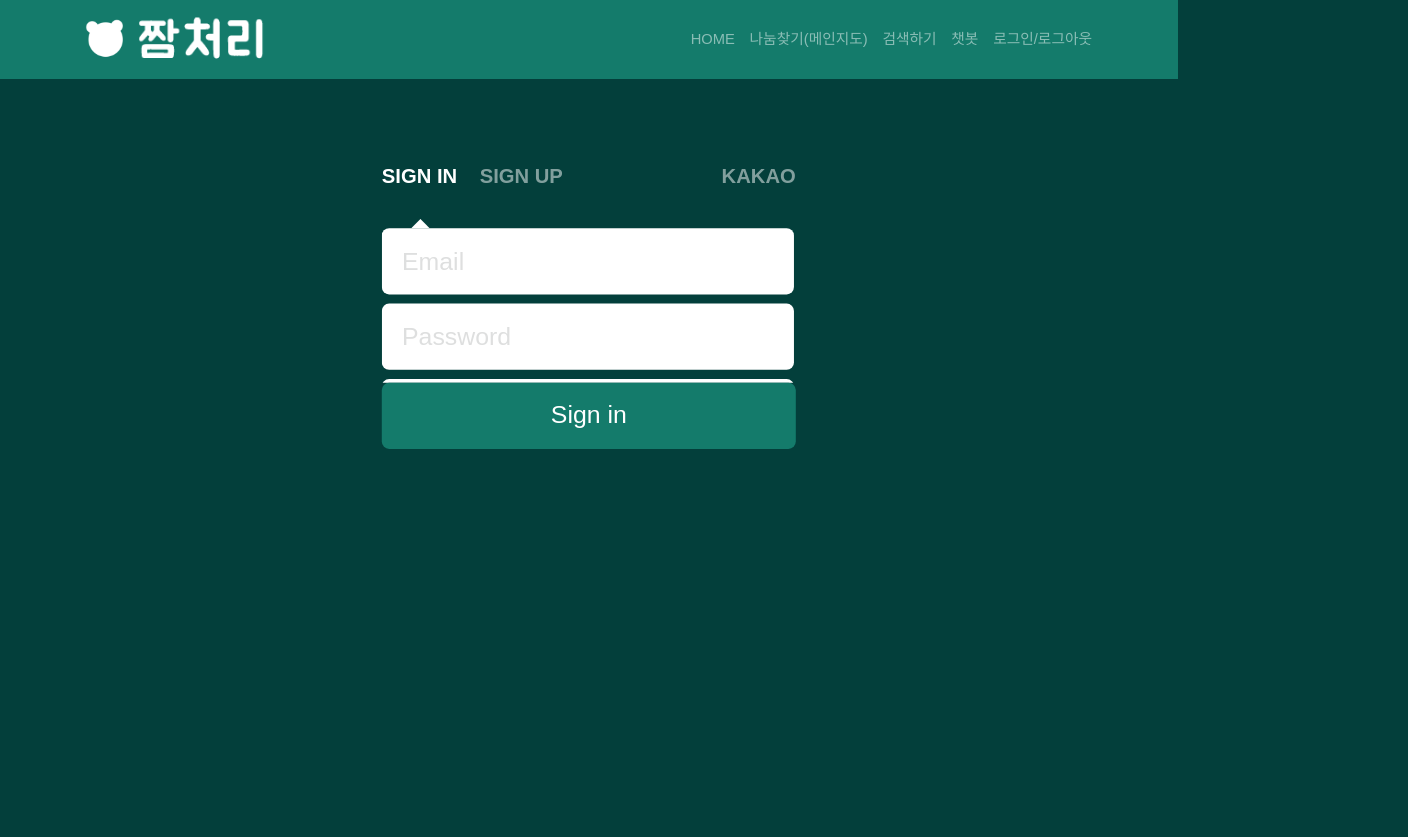
Repository: navang/JJAM_project
Page: http://localhost/jjam/WEB-INF/views/customerLogin.jsp
An editor plug-in stored every save of this project. The page is shown before and after the next save, followed by the edit.
The browser window is 1280 px wide. The page is 1530 px wide, so the pictures cover 1530 px, including what lies to the right of the window. The pictures show the whole page, at 92% of full size.
Some web fonts or font styles are not loaded; a fallback is used. Some web libraries are served in a nearby version. The page is served by Tomcat 9. Nobody is signed in. Other server files are loaded and not shown. The template is opened directly, without the code that normally fills it, so the values that code supplies are empty.

Above is the page before, as saved 2019-07-15 07:44:46.

### jjam/src/main/webapp/WEB-INF/views/customerLogin.jsp
<%@ page language="java" contentType="text/html; charset=UTF-8"
    pageEncoding="UTF-8"%>
<!DOCTYPE html>
<html>
<head>
<meta charset="UTF-8">
<meta name="viewport" content="width=device-width, initial-scale=1.0">
    <meta http-equiv="X-UA-Compatible" content="ie=edge">

    <link rel="stylesheet" href="https://stackpath.bootstrapcdn.com/bootstrap/4.3.1/css/bootstrap.min.css"
        integrity="sha384-ggOyR0iXCbMQv3Xipma34MD+dH/1fQ784/j6cY/iJTQUOhcWr7x9JvoRxT2MZw1T" crossorigin="anonymous">
    <script src="https://code.jquery.com/jquery-3.3.1.slim.min.js"
        integrity="sha384-q8i/X+965DzO0rT7abK41JStQIAqVgRVzpbzo5smXKp4YfRvH+8abtTE1Pi6jizo"
        crossorigin="anonymous"></script>
    <script src="https://cdnjs.cloudflare.com/ajax/libs/popper.js/1.14.7/umd/popper.min.js"
        integrity="sha384-UO2eT0CpHqdSJQ6hJty5KVphtPhzWj9WO1clHTMGa3JDZwrnQq4sF86dIHNDz0W1"
        crossorigin="anonymous"></script>
    <script src="https://stackpath.bootstrapcdn.com/bootstrap/4.3.1/js/bootstrap.min.js"
        integrity="sha384-JjSmVgyd0p3pXB1rRibZUAYoIIy6OrQ6VrjIEaFf/nJGzIxFDsf4x0xIM+B07jRM"
        crossorigin="anonymous"></script>
    <!-- https://getbootstrap.com/docs/4.3/getting-started/introduction/ 부트스트랩에서 가져옴-->



    <link rel="stylesheet" href="./resources/style/main.css">
    <link rel="stylesheet" href="./resources/style/login.css">

    <script src="https://kit.fontawesome.com/825d367943.js"></script>
<title>Insert title here</title>
<script>
  $(function(){
      $('div form').hover(function(){
  $(this).toggleClass('active');
  if ($(this).hasClass('active')) {
    $('body').css({ "background":'#37415a', "transition":'all 0.65s ease-in-out'});
    //$('body').css({ "background":'linear-gradient(135deg, #033f3b 0%, #8310b1b7 100%)', "transition":'all 5s ease-in-out'});
   $('#logo').css({"transform":'rotate(90deg)', "transition":'all 1s ease-in-out'});
  } else {
    $('#logo').css({"transform":'rotate(0deg)', "transition":'all 1s ease-in-out'});
    $('body').css({ "background":'#033f3b', "transition":'all 0.65s ease-in-out'});
  }
});
  })

    </script>
</head>
<body>

<body>
    <!-- ---------------------------------상단 고정 메뉴바--------------------------------------------->
    <h1 class="seperator"></h1>
    <nav id="top_navcolor" class="navbar fixed-top navbar navbar-expand-xl navbar-dark">
        <!-- fixed-top 상단고정-->
        <div class="container">
            <!-- 브랜드 로고 삽입-->
            <a href="jjam_3_form.jsp" class="navbar-brand">
                <img id="logo" class="" style="width: 60px; height: 60px;" src="./resources/image/character.png" alt=""><img src="./resources/image/JJCR_white1.png">
            </a>
            <!-- 햄버거 버튼-->
            <button class="navbar-toggler" data-toggle="collapse" data-target="#myNav">
                <span class="navbar-toggler-icon"></span>
            </button>
            <!-- 네비게이션 버튼 -->
            <div id="myNav" class="collapse navbar-collapse justify-content-end">
                <ul class="navbar-nav">
                    <li class="nav-item"><a href="" class="nav-link">HOME</a></li>
                    <li class="nav-item"><a href="" class="nav-link">나눔찾기(메인지도)</a></li>
                    <li class="nav-item"><a href="" class="nav-link">검색하기</a></li>
                    <li class="nav-item"><a href="" class="nav-link">챗봇</a></li>
                    <li class="nav-item"><a href="" class="nav-link">로그인/로그아웃</a>

                    </li>
                </ul>
            </div>
        </div>
    </nav>




     <!--------------------------------------본문 ------------------------------------------------------>

     <div class="login">
            <!--전체화면 분할-->
            <div class=""></div> <!-- 상단 navbar로 인한 공백-->
            <div class=""></div> <!-- 상단 navbar로 인한 공백-->
            <div class=""></div> <!-- 상단 navbar로 인한 공백-->

            <div class=""></div> <!-- 공백-->


            <form method="post" action="insertCustomer.do">
                    <input checked="true" id="signin" name="action" type="radio" value="signin"></input>
                    <label for="signin">Sign in</label>

                    <input id="signup" name="action" type="radio" value="signup"></input>
                    <label for="signup">Sign up</label>

                    <input id="reset" name="action" type="radio" value="reset"></input>
                    <label for="reset">kakao</label>

                    <div id="wrapper">
                      <div id="arrow"></div>
                      <input id="c_id"  name="c_id" placeholder="Email" type="text"></input>
                      <input id="c_pw"  name="c_pw"  placeholder="Password" type="password"></input>
                      <input id="c_name"  name="c_name" placeholder="Name" type="text"></input>
                      <input id="c_tel"  name="c_tel"  placeholder="Tel_Number" type="text"></input>

                    </div>
                    <!---- SUBMIT BUTTON ----->
                    <button type="submit">
                      <span>
                        KAKAO LOGIN<br/>
                        Sign in<br/>
                       	Sign up
                      </span>
                    </button>
                  </form>


            </div> <!-- 상단 navbar로 인한 공백-->


            <div></div><!-- 그리드 왼쪽 공백-->

</div>



</body>
</html>

### jjam/src/main/webapp/resources/style/main.css
@charset "utf-8";

@font-face {
    font-family: NanumSquareR;
    src: url(../font/NanumSquareR.woff) format('woff');
}

@font-face {
    font-family: NanumSquareL;
    src: url(../font/NanumSquareL.woff) format('woff');
}

@font-face {
    font-family: NanumSquareB;
    src: url(../font/NanumSquareB.woff) format('woff');
}





/* background*/


h1, h2, h3, h5, p {
    font-family: NanumSquareR, sans-serif;
    font-weight: 500;
    color: white;
}
h4{
    font-family: NanumSquareR, sans-serif;
    font-weight: 500;
    color: black;
}

h1, h2, h3 {
    margin-top: 10px;
    margin-bottom: 10px;
    font-weight: 700;
}

body{
  	font-family:BMJUA;
    background: #033f3b;
}
#logo{
	width: 60px; height: 60px;
}
#jcr{
	margin-left: 60px; position:fixed;
}
#top_navbar {
    background: rgba(0,0,0,0.7);
}
#top_navcolor {
    background-color: #147b6b;
}

#top_navbar-nav > li > a {
    padding-top: 20px;
    padding-bottom: 20px;
}

.separator {
    background: #59e;
    margin-top: 80px;
    padding: 21px;
    text-align: center;
    color: #fff;
}

.red {
    background: #fcc;
    border: #eaa solid 4px;
}

/* .yellow { */
/*     background: #f6f6c0; */
/*     border: #dd7 solid 4px; */
/* } */


.green {
    font:white;
    background: #147b6b;

}

.bluegreen {
    background: #aee;
    border: #8dd solid 4px;
}
<<<<<<< HEAD


/* .blue { */
=======
/* .blue { */
/*     background: #bcf; */
/*     border: #9ae solid 4px; */
/* } */

>>>>>>> 7f7c7283d27dcf0b9cae4bf84bee2c912e11a8f9
.blue {
    background: #bcf;
    border: #9ae solid 4px;
}
/*1_ intro*/
.intro_form{
    display: grid;
     grid-template-columns: 100%;
<<<<<<< HEAD
    grid-template-rows: 30px 850px 850px ;
=======
    grid-template-rows: 30px 850px 300px ;
>>>>>>> 7f7c7283d27dcf0b9cae4bf84bee2c912e11a8f9
}
.intro-main{
  position: absolute;
  top: 15%;
  left: 20%;
  transform: translate(-20%, -20%);
  width: 80%;

}
.intro-desc{
	display:grid;
	 grid-template-columns: 15% 70% 15%;
    grid-template-rows:  250px 80px ;
}

/*  풀어주기   */
.map-custom{
	width:100%;
	height:700px;
	position:relative;
	overflow:hidden;
	border-radius:30px;
}


.bigfont{
	font-size: 700px;
    text-align: center;

    font-family: NanumSquareL;
    src: url(../font/NanumSquareL.woff) format('woff');

}


.white-text {
    color: white;
}

.row{
     display : grid;
     grid-template-columns: 100%;
     grid-template-rows: 70px 850px 100px ;
}
.mypage{
	display: grid;
	  grid-template-columns: 20% 60% 20%;
     grid-template-rows: 400px 1400px ;
}
.mypage-columns{
	display:grid;
	  grid-template-columns: 30% 70%;
 	text-align: center;

}
.mypage-rows{
	display:grid;
	  grid-template-rows: 30% 70%;


}
/* 햄버거*/
.ham{
	width:100px;
}

/* 2_search 페이지 */
.search{
    display : grid;
    grid-template-columns: 25% 50% 25%;
    grid-template-rows: 100px 300px 40px 50px 20px;
}
.search-grid {

    display : grid;
    text-align: center;
    grid-template-columns: 20% 20% 20% 20% 20%;
    grid-template-rows: 100px 100px 100px 100px 100px;
}
/* 3 form*/
/* 전체화면 분할*/
.modal-form{
    display : grid;
    grid-template-columns: 15% 70% 15%;
    grid-template-rows: 60px 780px  50px;

}
/* 가운데화면 분할*/
.modal-form-grid{
    display : grid;
    grid-template-columns: 60% 40%;
    grid-template-rows: 60px  700px 70px;

}
/* */
.modal-inner-grid{
    display : grid;
    grid-template-columns: 50% 50%;

}

.modal-size{
    position: absolute;


}
/* modal fullsize*/
.modal-dialog.modal-fullsize {
    width: 150%; height: 100%; margin: 0; padding: 0;
}
.modal-content.modal-fullsize {
    height: auto;
    min-height: 100%;
    border-radius: 0;
  }
.btn-create{
	text-decoration:none;
	width:100%;
	height:40px;
	font-size:20px;
	border-radius:30px;
	background:#147b6b;
	color:white;
	box-shadow: 0px 3px 0px black;
	border: 2px solid white;
}
.btn-create:hover .btn-create:focus, btn-create:active {
	background:#073d35;

}

/* info modal img*/
.img-chatmodal{
    width:1900px;
    height: 950px;
    background-image:url('../image/chatbot_modal.png');
}

/*게시물 리스트*/
.form-list {
    display: grid;
    grid-template-columns:3% 20% 3% 74%;
    padding: 10px;
}


/* 5*5 그리드 */
#grid{
    display: grid;
    text-align: center;
    grid-template-columns:150px 150px 150px 150px 150px 150px;
}
/* 메인 1 페이지  */
.wrapper {
    display: grid;
    grid-template-columns: 5% 55% 40% ;
    grid-template-rows: 100px 7px 100px 30px 100px 100px 30px 100px 100px;
}

/* 4 login form*/
.login{
    display : grid;
    grid-template-columns: 30% 800px 27%;
    grid-template-rows: 100px 800px ;
}
.login-set{
    color : #1f0a01;
    background-color: white;
    border-radius: 15px;
    display:grid;
    grid-template-rows: 80px 380px 300px 40px;
    text-align: center;

}
.login-set.login-form{
    display: grid;
    grid-template-columns:240px 320px 240px;
    grid-template-rows: 100px 100px 100px ;

}
.design-border{
    border: silver solid 2px;
}

/* 7_result*/
.result-form{
    display: grid;
     grid-template-columns: 15% 70% 15%;
    grid-template-rows: 200px 300px 300px ;
}
.result-form-item{
	display:grid;
	  text-align:center;
	  grid-template-columns:100%;

}
.result-form-item-line{
	 background:white;
 	text-align:center;
	  border-radius: 50px;
	  width:73%;
	  height:3px;
	  margin-left:180px;

}
.result-button{
	width:100px;
	height:40px;
	border-radius:30px;
	background:white;

}
/* footer*/
.footer {
    left: 0;
    bottom: 0;
    width: 100%;
	padding: 20px 0;
	text-align: center;
	color: white;
	background:  black;
}
.card {
  height: 30%;
}
.card-columns {
    @include media-breakpoint-only(lg) {
      column-count: 4;
    }
    @include media-breakpoint-only(xl) {
      column-count: 5;
    }
  }
@media(max-width:375px){
#logo{
	width: 30px; height: 30px; position:fixed;
}
#jcr{
	margin-left: 35px; position:fixed; height: 30px;
}
    .search{
        display : grid;
        grid-template-columns: 0px 100% 0px;
        grid-template-rows: 100px 600px 30px 30px 20px ;
    }
      /* 5*5 그리드 */
    #grid{
    display: grid;
    text-align: center;
    grid-template-columns:160px 160px 160px;
}

    .wrapper {
    display: grid;
    grid-template-columns: 5% 90% 5% ;
    grid-template-rows: 100px 60px 30% 30px 70px 100px 100px 100px 10px;
    }
    .search-grid {

        display : grid;
        text-align: center;
        grid-template-columns: 25% 25% 25% 25%;
        grid-template-rows: 50px  50px  50px 50px  50px  50px;
    }


    .mypage{
	display: grid;
	  grid-template-columns: 100%;
     grid-template-rows: 0px  0px   170px  0px   500px;
}
.mypage-columns{
	display:grid;
	 grid-template-columns: 100%;
		  grid-template-rows: 400px 50%;

}
.mypage-rows{
	display:grid;

		  grid-template-template: 100%;
		   grid-template-rows: 60% 40%;
}
.mypage-menu{
	display:grid;

		  grid-template-rows: 25% 25% 25% 25%;
}


    /*챗 모달 사용설명서*/
    .img-chatmodal{
        width:640px;
        height: 950px;
        background-image:url('../image/chatbot_modal_mobile.png');

    }
    /* modal fullsize*/
    .modal-dialog.modal-fullsize {
    width: 100%; height: 100%; margin: 0; padding: 0;
    }
    .modal-content.modal-fullsize {
    height: auto;
    min-height: 100%;
    border-radius: 0;
  }
    /* 가운데화면 분할*/
.modal-form{
    display : grid;
    grid-template-columns: 15% 70% 15%;
    grid-template-rows: 60px 780px  50px;

}
/* 가운데화면 분할*/
.modal-form-grid{
    display : grid;
    grid-template-columns: 60% 40%;
    grid-template-rows: 60px  700px 70px;

}

    .modal-inner-grid{
        display : grid;
        grid-template-columns: 100%;

    }
    /* 4 login form*/
    .login{
    display : grid;
    grid-template-columns: 0px 640px 0px;
    grid-template-rows: 50px 640px ;
}
.result-form{
    display: grid;
     grid-template-columns: 0% 100% 0%;
    grid-template-rows: 100px 700px 100px ;
}
.ham{
	width:100px;
}
/* footer*/
.footer {
    left: 0;
    bottom: 0;
    width: 100%;
	padding: 20px;
	text-align: center;
	color: white;
	background:  black;
}

/*1_ intro*/
.intro_form{
    display: grid;
     grid-template-columns: 100%;
    grid-template-rows: 30px 360px 550px ;
}
.intro-main{
  position: absolute;
  font-size: 20px;
  top: 50%;
  left: 20%;
  transform: translate(-20%, -20%);
  width: 80%;

}
.intro-desc{
	display:grid;
	 grid-template-columns: 10% 80% 10%;
    grid-template-rows:  550px 150px ;
}

/*  풀어주기   */
.map-custom{
	width:700px;
	height:700px;
	position:relative;
	overflow:hidden;
	margin-left: 80px;
	border-radius:30px;
}


.bigfont{
	left:50%;
	transform:rotate(30deg);
	font-size: 300px;
    text-align: left;

    font-family: NanumSquareL;
    src: url(../font/NanumSquareL.woff) format('woff');

}


}

### jjam/src/main/webapp/resources/style/login.css



@import url(https://fonts.googleapis.com/css?family=Raleway:700,800);

html, body { margin: 0; }

:focus { outline: none; }
::-webkit-input-placeholder { color: #DEDFDF; }
::-moz-placeholder { color: #DEDFDF; }
:-moz-placeholder { color: #DEDFDF; }
::-ms-input-placeholder { color: #DEDFDF; }

body {
  background: #033f3b;
  color: #fff;
  font-family: 'Raleway', sans-serif;
  -webkit-font-smoothing: antialiased;
}

#wrapper, label, #arrow, button span { transition: all .5s cubic-bezier(.6,0,.4,1); }

#wrapper { overflow: hidden; }

#signin:checked ~ #wrapper { height: 178px; }
#signin:checked ~ #wrapper #arrow { left: 32px; }
#signin:checked ~ button span { transform: translate3d(0,-72px,0); }

#signup:checked ~ #wrapper { height: 335px; }
#signup:checked ~ #wrapper #arrow { left: 137px; }
#signup:checked ~ button span { transform: translate3d(0,-144px,0); }

#reset:checked ~ #wrapper { height: 94px; }
#reset:checked ~ #wrapper #arrow { left: 404px; }
#reset:checked ~ button span { transform: translate3d(0,0,0); }

form {
  width: 450px;
  height: 370px;
  margin: -185px -225px;
  position: absolute;
  left: 50%;
  top: 50%;
}

input[type=radio] { display: none; }

label {
  cursor: pointer;
  display: inline-block;
  font-size: 22px;
  font-weight: 800;
  opacity: .5;
  margin-bottom: 30px;
  text-transform: uppercase;
}
label:hover {
  transition: all .3s cubic-bezier(.6,0,.4,1);
  opacity: 1;
}
label[for="signin"] { margin-right: 20px; }
label[for="reset"] { float: right; }
input[type=radio]:checked + label { opacity: 1; }

input[type=text],
input[type=password] {
  background: #fff;
  border: none;
  border-radius: 8px;
  font-size: 27px;
  font-family: 'Raleway', sans-serif;
  height: 72px;
  width: 99.5%;
  margin-bottom: 10px;
  opacity: 1;
  text-indent: 20px;
  transition: all .2s ease-in-out;
}
button {
  background: #147b6b;
  border: none;
  border-radius: 8px;
  color: #fff;
  cursor: pointer;
  font-family: 'Raleway', sans-serif;
  font-size: 27px;
  height: 72px;
  width: 100%;
  margin-bottom: 10px;
  overflow: hidden;
  transition: all .3s cubic-bezier(.6,0,.4,1);
}
button span {
  display: block;
  line-height: 72px;
  position: relative;
  top: -2px;
  transform: translate3d(0,0,0);
}
button:hover {
  background: #007BA5;
}

#arrow {
  height: 0;
  width: 0;
  border-bottom: 10px solid #fff;
  border-left: 10px solid transparent;
  border-right: 10px solid transparent;
  position: relative;
  left: 32px;
}


#hint {
  width: 100%;
  text-align: center;
  position: absolute;
  bottom: 20px;
}

After the next save:
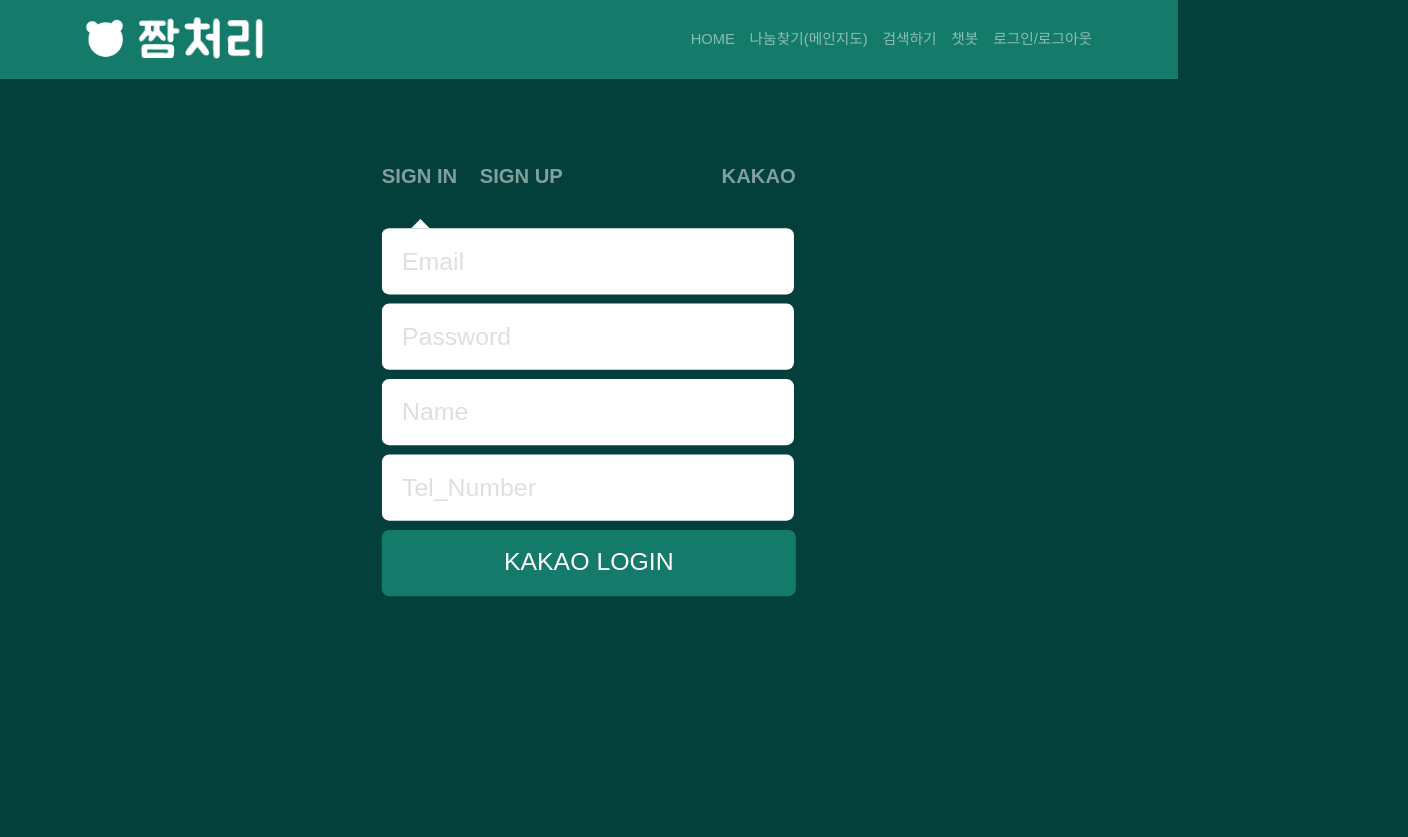
Saved 15 min 17 s later.
--- a/jjam/src/main/webapp/WEB-INF/views/customerLogin.jsp
+++ b/jjam/src/main/webapp/WEB-INF/views/customerLogin.jsp
@@ -90,7 +90,7 @@
 
 
             <form method="post" action="insertCustomer.do">
-                    <input checked="true" id="signin" name="action" type="radio" value="signin"></input>
+                    <input id="signin" name="action" type="radio" value="signin"></input>
                     <label for="signin">Sign in</label>
 
                     <input id="signup" name="action" type="radio" value="signup"></input>

After the save that followed:
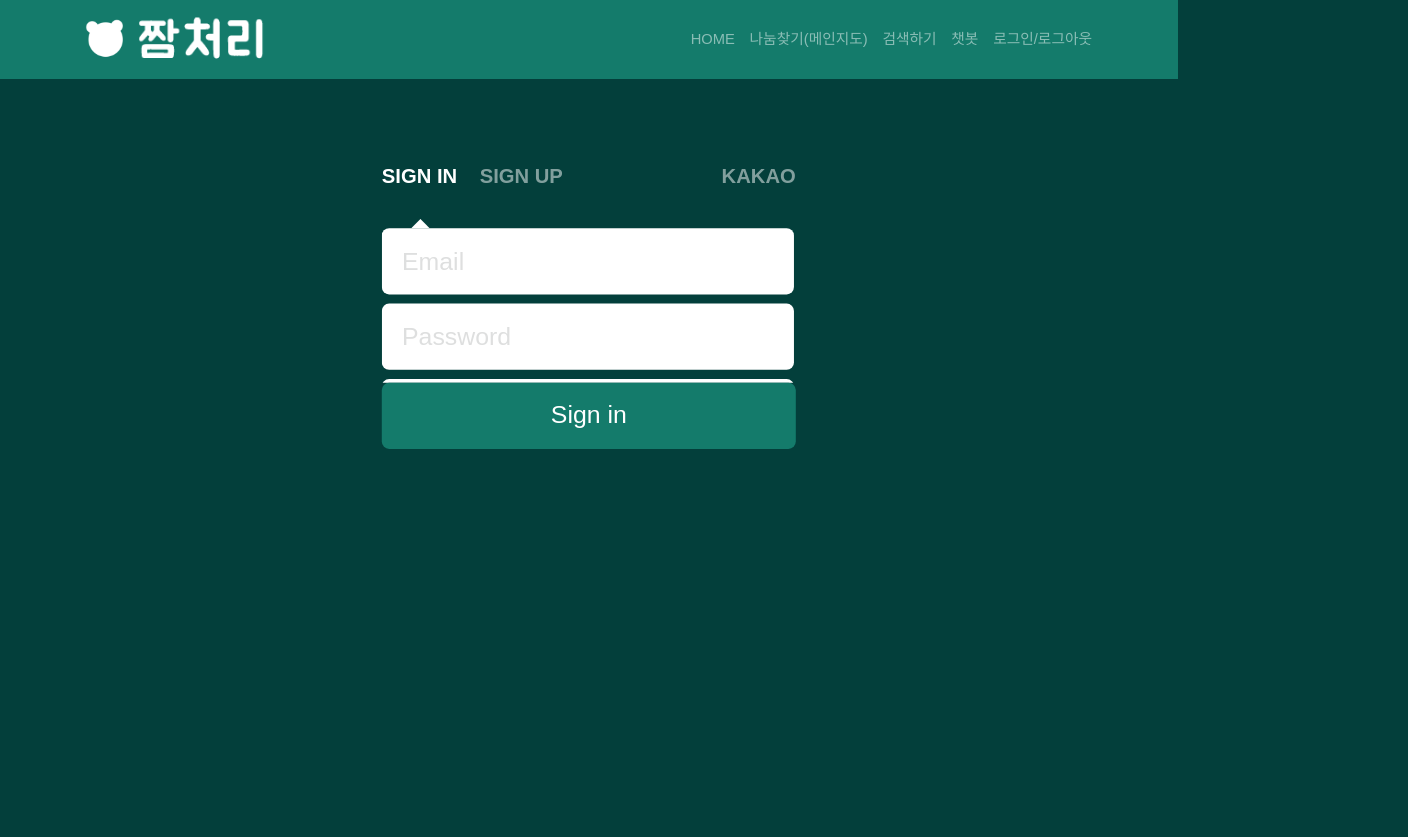
Saved 32 s later.
--- a/jjam/src/main/webapp/WEB-INF/views/customerLogin.jsp
+++ b/jjam/src/main/webapp/WEB-INF/views/customerLogin.jsp
@@ -90,7 +90,7 @@
 
 
             <form method="post" action="insertCustomer.do">
-                    <input id="signin" name="action" type="radio" value="signin"></input>
+                    <input checked="true" id="signin" name="action" type="radio" value="signin"></input>
                     <label for="signin">Sign in</label>
 
                     <input id="signup" name="action" type="radio" value="signup"></input>
